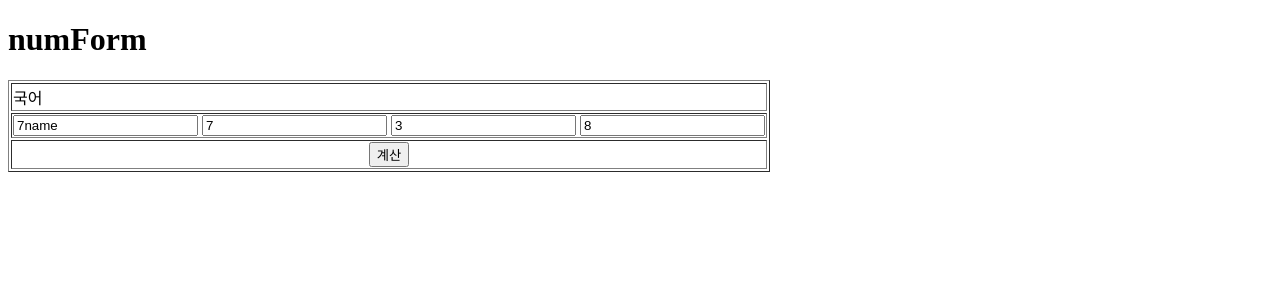
Repository: Jhoon0211/java_work
Page: http://localhost/jspProj/request/numForm2.jsp
These files come from the project's save history. The page is drawn as it stood at one moment and after the next save; the edit follows.
The browser window is 1280 px wide. The pictures show the whole page.
The page is served by Tomcat 9. Other server files are loaded and not shown.

Above is the page before, as saved 2023-07-27 09:18:55.

### jspProj/src/main/webapp/request/numForm2.jsp
<%@ page language="java" contentType="text/html; charset=UTF-8"
    pageEncoding="UTF-8"%>
<!DOCTYPE html>
<html>
<head>
<meta charset="UTF-8">
<title>Insert title here</title>
</head>
<body>
<%-- <%
	String[] korSco = request.getParameterValues("kor");
	String[] engSco = request.getParameterValues("eng");
	String[] mathSco = request.getParameterValues("math");

	// 총점
    int sum = 0; // 총점
    int num = Integer.parseInt(str); // str을 정수형으로 형변환
	sum ++; // 값을 누적


    // 평균
    int sum1 = 0;
    int avg = 0; // 짝수들의 평균 값
	int count = 0; // 개수

	for (String str : noArr) {
		int intValue = Integer.parseInt(str);
		if(intValue % 2 == 0) {  // args 값이 짝수면
			sum1 += intValue;
			count++;

		}
	}
	avg = sum1 / count;
	System.out.println("평균 : " + avg);
%> --%>
<h1>numForm</h1>
	<form action="numForm2.jsp">
		<table border="">
			<tr>
				<td>국어</td>
			</tr>
			<tr>
				<td>
					<input type="text" name="student" value="<%=(int)(Math.random()*10) + "name" %>"/>
					<input type="text" name="student" value="<%=(int)(Math.random()*10) %>"/>
					<input type="text" name="student" value="<%=(int)(Math.random()*10) %>"/>
					<input type="text" name="student" value="<%=(int)(Math.random()*10) %>"/>
				</td>
			</tr>


			<tr>
				<td colspan="4" align="center">
					<input type="submit" value="계산" />
				</td>
			</tr>
		</table>
	</form>
</body>
</html>

After the next save:
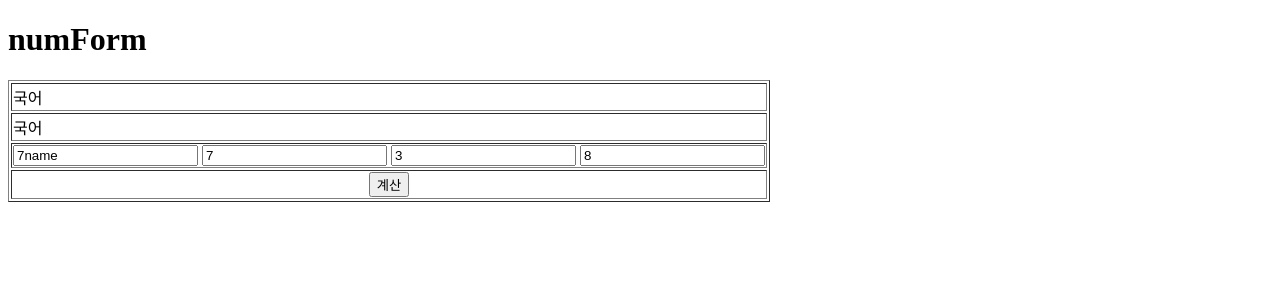
Saved 34 s later.
--- a/jspProj/src/main/webapp/request/numForm2.jsp
+++ b/jspProj/src/main/webapp/request/numForm2.jsp
@@ -41,6 +41,9 @@
 				<td>국어</td>
 			</tr>
 			<tr>
+				<td>국어</td>
+			</tr>
+			<tr>
 				<td>
 					<input type="text" name="student" value="<%=(int)(Math.random()*10) + "name" %>"/>
 					<input type="text" name="student" value="<%=(int)(Math.random()*10) %>"/>
